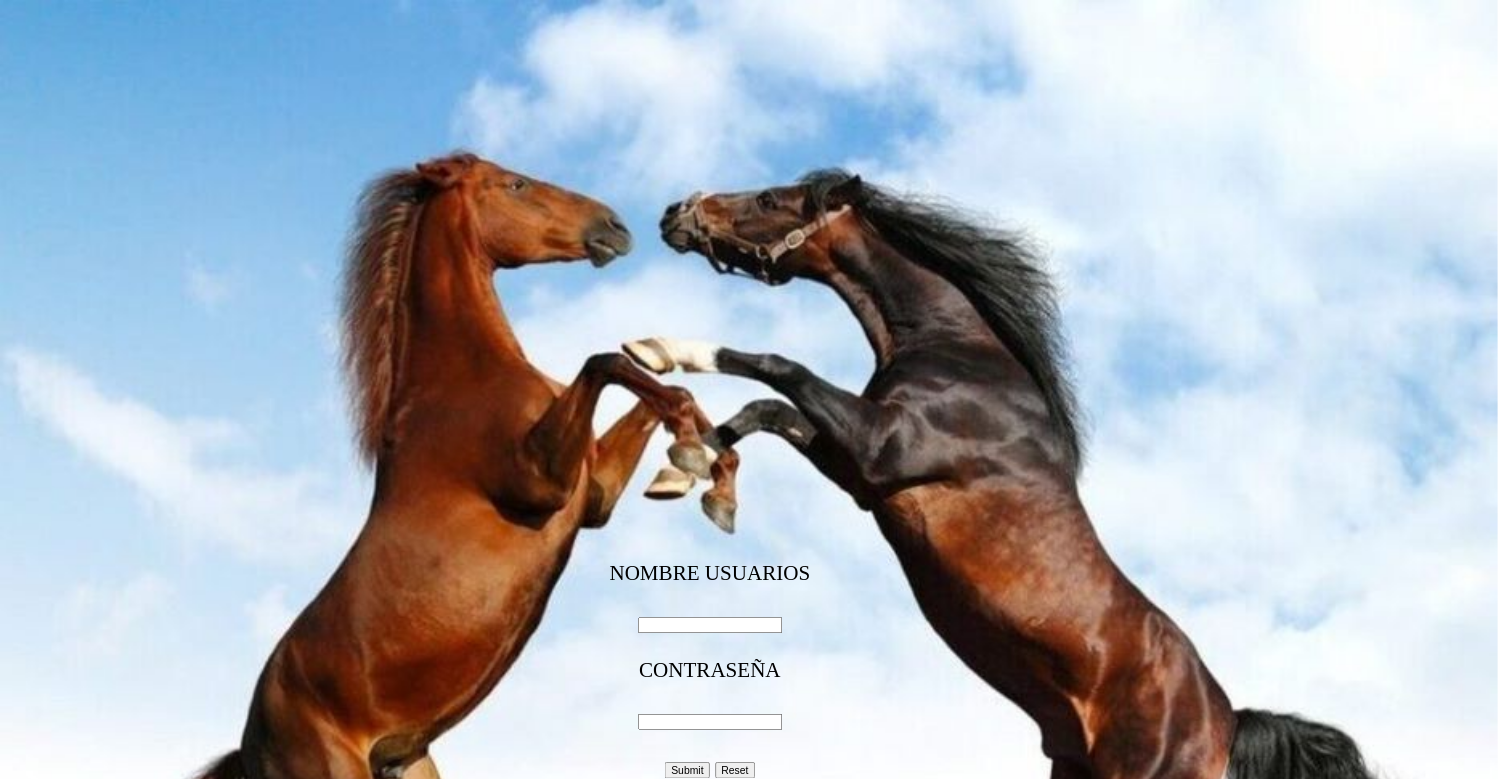
Repository: Gr0ot2/testing
Page: http://localhost/proyecto/acceso_pupilaje.jsp
An editor plug-in stored every save of this project. The page is shown before and after the next save, followed by the edit.
The browser window is 1920 px wide. The pictures show the whole page, at 78% of full size.
Backgrounds fixed to the window are drawn as part of the page. The page is served by Tomcat 9. Other server files are loaded and not shown.

Above is the page before, as saved 2023-05-24 07:44:18.

### proyecto_final/proyecto_final/proyecto/WebContent/acceso_pupilaje.jsp
<%@ page language="java" contentType="text/html; charset=ISO-8859-1"
    pageEncoding="ISO-8859-1"%>
<!DOCTYPE html>
<html>
<head>
<meta charset="ISO-8859-1">
<link href="acceso_pupilaje.css" type="text/css" rel="stylesheet">
<title>Insert title here</title>
</head>
<body>
<form action="acceso_pupilaje" method="get">
<div id="cuestionario">
<label id="label">NOMBRE USUARIOS</label>
<br><br>
<input name="user" type="text"/>
<br><br>
<label id="label">CONTRASEÑA</label>
<br><br>
<input name="password" type="text"/>
<br></br>
 <input name="enviar" type="submit"/>
 <input name="reset" type="reset"/>
 </div>
</form>


</body>
</html>

### proyecto_final/proyecto_final/proyecto/WebContent/acceso_pupilaje.css
@charset "ISO-8859-1";
@charset "ISO-8859-1";
@media screen and (max-width: 780px) {
body {
 background-image:url("img/fondo-de-caballos-jugando (1).jpg");

   background-size: cover;
  background-repeat: no-repeat;
  background-position: center top;
    text-decoration: none;
    padding: 20px;
    font-size: 20px;
    text-align: center;
}

#cuestionario{
bottom: 125px;
}

}
@media screen and (min-width:1900px) {
body{
  background-image: url("img/fondo-de-caballos-jugando (10).jpg");
  background-position: center top;
  background-repeat: no-repeat;
  background-attachment: fixed;
  background-size: cover;
  margin: 0; /* Asegura que no haya margen en el cuerpo de la página */
  padding: 0; /* Asegura que no haya relleno en el cuerpo de la página */
  text-decoration: none;
    padding: 20px;
    font-size: 20px;
    text-align: center;
    left: 50px;

}

#cuestionario{
position: relative;
top: 700px;
right: 50px;
font-size: 27px;
}

  }
@media screen and (max-width:1300px) {
body{
  background-image: url("img/fondo_login.jpg");
  background-position: center center;
  background-repeat: no-repeat;
  background-attachment: fixed;
  background-size: cover;
  margin: 0; /* Asegura que no haya margen en el cuerpo de la página */
  padding: 0; /* Asegura que no haya relleno en el cuerpo de la página */
  text-decoration: none;
    padding: 20px;
    font-size: 20px;
    text-align: center;
    left: 50px;

}

#cuestionario{
position: relative;
top: 450px;
right: 15px;
font-size: 25px;
}

  }

After the next save:
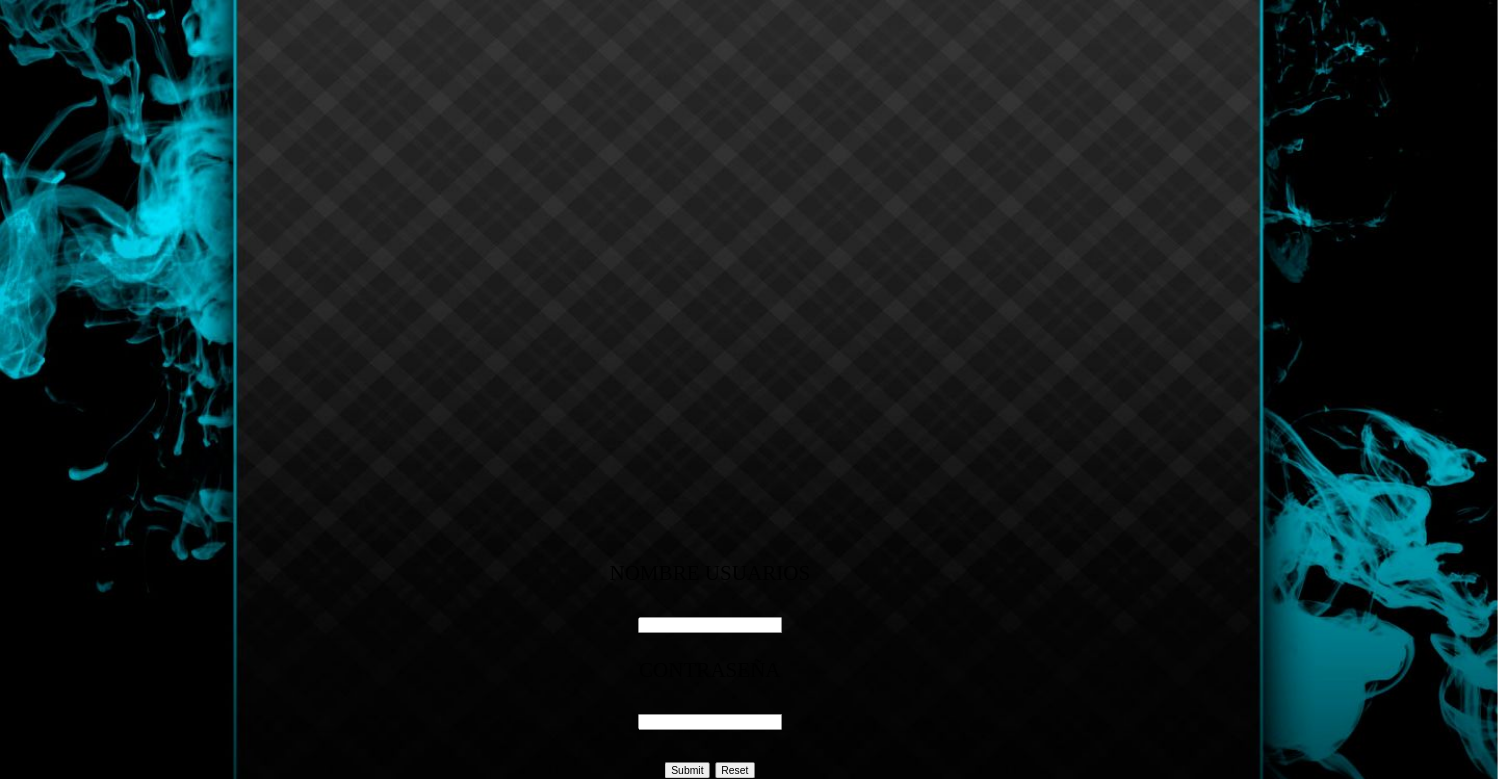
Saved 24 s later.
--- a/proyecto_final/proyecto_final/proyecto/WebContent/acceso_pupilaje.css
+++ b/proyecto_final/proyecto_final/proyecto/WebContent/acceso_pupilaje.css
@@ -20,7 +20,7 @@ bottom: 125px;
 }
 @media screen and (min-width:1900px) {
 body{
-  background-image: url("img/fondo-de-caballos-jugando (10).jpg");
+  background-image: url("img/fondo_login.jpg");
   background-position: center top;
   background-repeat: no-repeat;
   background-attachment: fixed;
